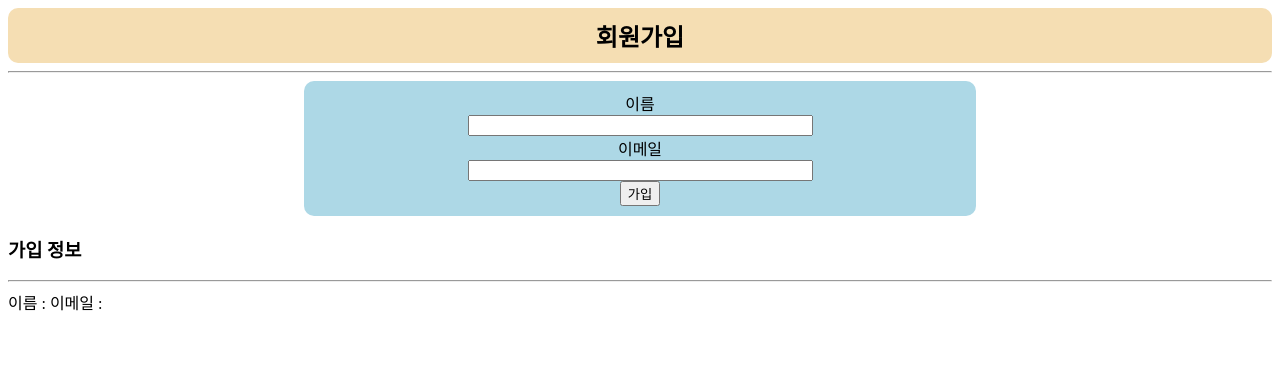
Repository: ineble/demo1
Page: test/src/main/webapp/ch03/regfrom1.html
These files come from the project's save history. The page is drawn as it stood at one moment and after the next save; the edit follows.
The browser window is 1280 px wide. The pictures show the whole page.

Above is the page before, as saved 2022-08-03 01:24:45.

After the next save:
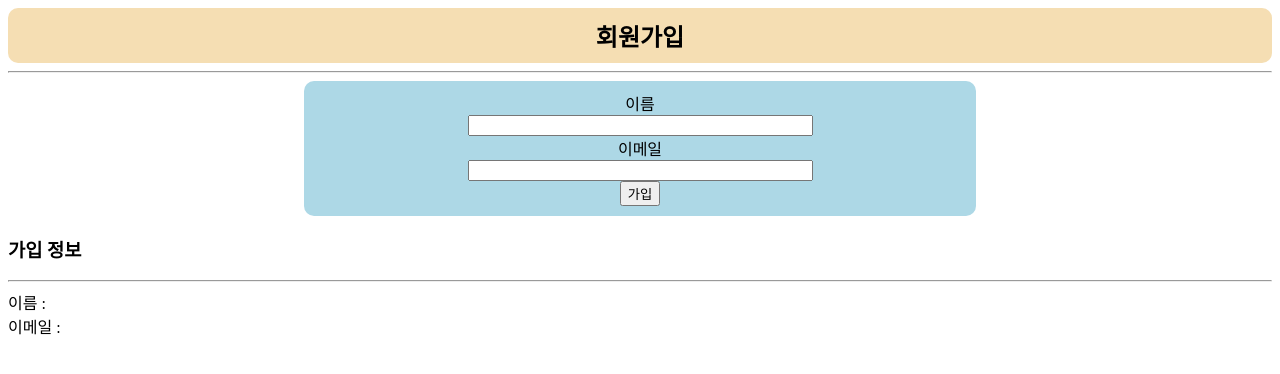
Saved 20 s later.
--- a/test/src/main/webapp/ch03/regfrom1.html
+++ b/test/src/main/webapp/ch03/regfrom1.html
@@ -39,7 +39,7 @@
 	<div id="result">
 		<h3>가입 정보</h3>
 		<hr>
-		이름 : <span id="rname"></span>
+		이름 : <span id="rname"></span> <br>
 		이메일 : <span id="remail"></span>
 	</div>
 
